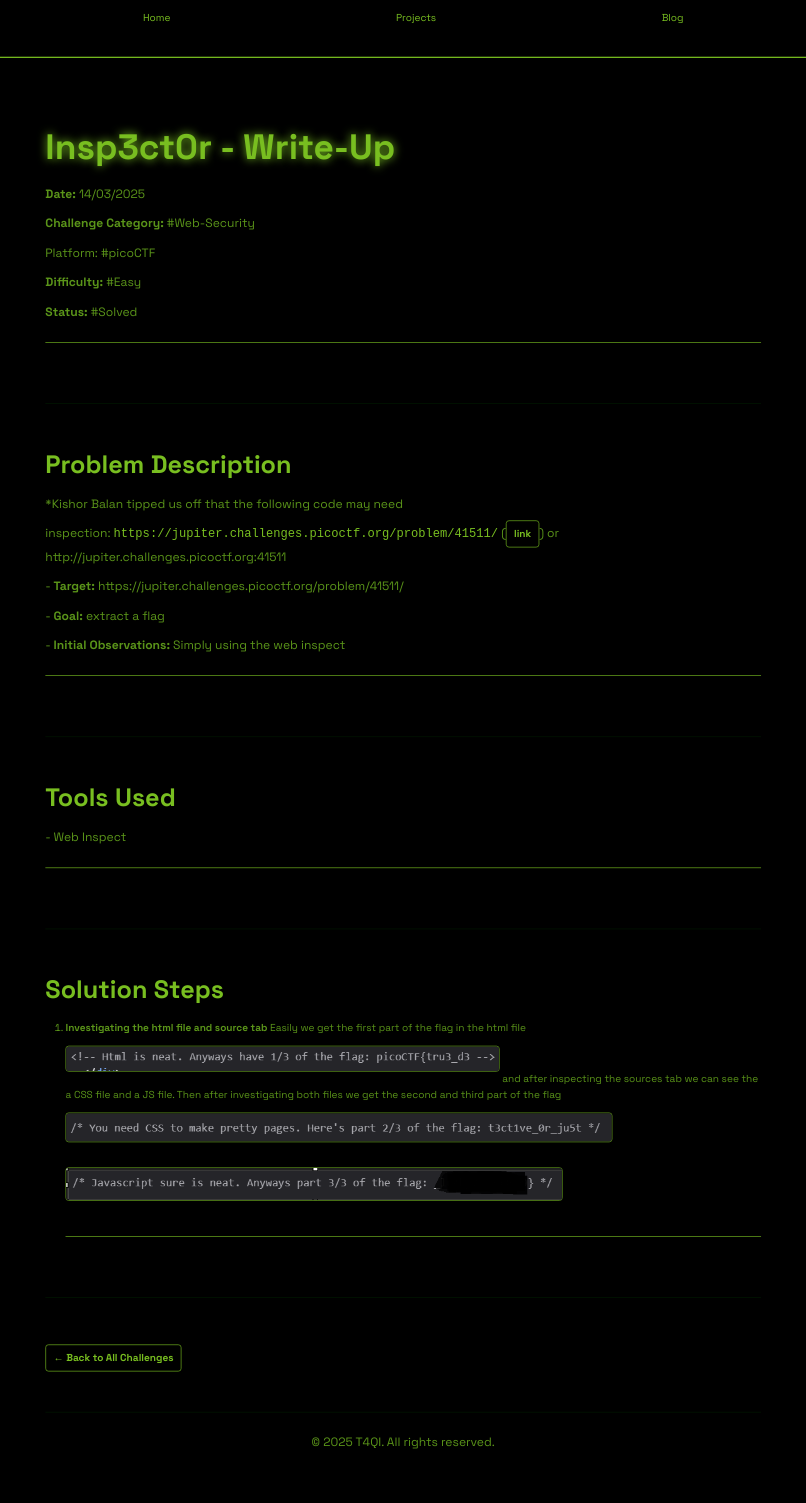
Repository: mohamedsoliman-tq/Website
Page: blogs/picoCTF/Insp3ctor.html
The author's editor kept a copy of each file at every save. The page is drawn from the files as they stood at one save, then again after a run of saves.
The browser window is 1280 px wide. The pictures show the whole page, at 63% of full size.

Above is the page before, as saved 2025-03-14 03:03:03.

### blogs/picoCTF/Insp3ctor.html
<!DOCTYPE html>
<html>
<head>
    <meta charset="UTF-8">
    <meta name="viewport" content="width=device-width, initial-scale=1.0">
    <title>Insp3Ct0R</title>
    <link rel="stylesheet" href="/css/blog.css">
</head>
<body>
    <nav>
        <ul>
            <li><a href="/">Home</a></li>
            <li><a href="/Projects.html">Projects</a></li>
            <li><a href="/Blogs.html">Blog</a></li>
        </ul>
    </nav>
    <div class="container">
<div class="section" id="insp3ct0r---write-up"><h1>Insp3ct0r - Write-Up</h1>

<p><strong>Date:</strong> 14/03/2025  </p>
<p><strong>Challenge Category:</strong> #Web-Security  </p>
<p>Platform: #picoCTF </p>
<p><strong>Difficulty:</strong> #Easy </p>
<p><strong>Status:</strong> #Solved </p>

<hr>
</div><div class="section" id="problem-description"><h2>Problem Description</h2>

<p>*Kishor Balan tipped us off that the following code may need inspection: <code>https://jupiter.challenges.picoctf.org/problem/41511/</code> (<a href="https://jupiter.challenges.picoctf.org/problem/41511/" class="read-more">link</a>) or http://jupiter.challenges.picoctf.org:41511</p>

<p>- <strong>Target:</strong> https://jupiter.challenges.picoctf.org/problem/41511/</p>
<p>- <strong>Goal:</strong> extract a flag</p>
<p>- <strong>Initial Observations:</strong> Simply using the web inspect</p>
<hr>

</div><div class="section" id="tools-used"><h2>Tools Used</h2>

<p>- Web Inspect</p>

<hr>

</div><div class="section" id="solution-steps"><h2>Solution Steps</h2>


<ol>
  <li><strong>Investigating the html file and source tab</strong>   Easily we get the first part of the flag in the html file <br><img src="pics/Pasted image 20250314023325.png" alt="Pasted image 20250314023325.png"> and after inspecting the sources tab we can see the a CSS file and a JS file. Then after investigating both files we get the second and third part of the flag  <img src="pics/Pasted image 20250314023505.png" alt="Pasted image 20250314023505.png"> <img src="pics/Pasted image 20250314023537.png" alt="Pasted image 20250314023537.png"> <hr> </li>
</ol></div>
<div class="section">
            <a href="/blogs/picoCTF/picoCTF.html" class="read-more">← Back to All Challenges</a>
        </div>
        <footer>
        <p>&copy; 2025 T4QI. All rights reserved.</p>
    </footer>
    </div>
</body>
</html>

### css/blog.css
@import url('https://fonts.googleapis.com/css2?family=Space+Grotesk:wght@300;400;700&display=swap');

    :root {
        --primary-black: #000000;
        --green-accent: #78BE20;
        --dark-green: #5a9419;
    }

    * {
        margin: 0;
        padding: 0;
        box-sizing: border-box;
        font-family: 'Space Grotesk', sans-serif;
    }

    body {
        background-color: var(--primary-black);
        color: var(--green-accent);
        line-height: 1.6;
    }

    .container {
        max-width: 1200px;
        margin: 0 auto;
        padding: 2rem;
    }

    .section {
        padding: 4rem 0;
        border-bottom: 1px solid #001a00;
    }

    /* Navigation Styles */
    nav {
        background: rgba(0, 0, 0, 0.95);
        padding: 1rem;
        position: sticky;
        top: 0;
        border-bottom: 2px solid var(--green-accent);
        z-index: 100;
    }

    nav ul {
        display: flex;
        justify-content: space-around;
        list-style: none;
    }

    nav a {
        color: var(--green-accent);
        text-decoration: none;
        padding: 0.5rem 1rem;
        transition: all 0.3s;
    }

    nav a:hover {
        color: var(--dark-green);
        text-shadow: 0 0 10px var(--green-accent);
    }

    /* Hero Section Styles */
    .hero {
        text-align: center;
        padding: 4rem 0;
        background: linear-gradient(45deg, var(--primary-black), #001100);
    }

    h1, h2, h3, h4, h5, h6 {
        color: var(--green-accent);
        margin-bottom: 1rem;
    }

    h1 {
        font-size: 3.5rem;
        text-shadow: 0 0 15px var(--green-accent);
    }

    h2 {
        font-size: 2.5rem;
    }

    p {
        color: var(--dark-green);
        font-size: 1.2rem;
        margin-bottom: 1rem;
    }

    /* Code blocks */
    pre {
        background: #000a00;
        padding: 1.5rem;
        border-radius: 5px;
        border: 1px solid var(--green-accent);
        overflow-x: auto;
        margin: 1.5rem 0;
    }

    code {
        font-family: monospace;
        color: var(--green-accent);
    }

    /* List styling */
    ul, ol {
        margin-left: 2rem;
        margin-bottom: 1.5rem;
        color: var(--dark-green);
    }

    li {
        margin-bottom: 0.5rem;
    }

    /* Links */
    a {
        color: var(--green-accent);
        text-decoration: none;
        transition: all 0.3s;
    }

    a:hover {
        color: var(--dark-green);
        text-shadow: 0 0 10px var(--green-accent);
    }

    .read-more {
        display: inline-block;
        margin-top: 10px;
        padding: 8px 12px;
        font-size: 1rem;
        font-weight: bold;
        color: var(--green-accent);
        text-decoration: none;
        border: 1px solid var(--green-accent);
        border-radius: 5px;
        transition: all 0.3s ease;
    }

    .read-more:hover {
        background-color: var(--green-accent);
        color: var(--primary-black);
        box-shadow: 0 0 10px var(--green-accent);
    }

    /* Images */
    img {
        max-width: 100%;
        border: 1px solid var(--green-accent);
        border-radius: 5px;
        margin: 1rem 0;
    }

    /* Horizontal rule */
    hr {
        border: none;
        height: 1px;
        background-color: var(--green-accent);
        margin: 2rem 0;
    }

    /* Responsive adjustments */
    @media (max-width: 768px) {
        h1 {
            font-size: 2.5rem;
        }

        .container {
            padding: 1rem;
        }

        .section {
            padding: 2rem 0;
        }
    }

    footer {
        text-align: center;
        padding: 2rem;
        color: var(--green-accent);
    }
    .callout {
        padding: 1rem;
        margin: 1rem 0;
        border-radius: 5px;
        border-left: 4px solid #4b6bfb;
        background-color: rgba(75, 107, 251, 0.1);
    }
    .callout-title {
        font-weight: bold;
        margin-bottom: 0.5rem;
    }
    .callout-note { border-left-color: #4b6bfb; background-color: rgba(75, 107, 251, 0.1); }
    .callout-info { border-left-color: #0288d1; background-color: rgba(2, 136, 209, 0.1); }
    .callout-warning { border-left-color: #ffa726; background-color: rgba(255, 167, 38, 0.1); }
    .callout-danger { border-left-color: #ef5350; background-color: rgba(239, 83, 80, 0.1); }
    .callout-success { border-left-color: #66bb6a; background-color: rgba(102, 187, 106, 0.1); }
    .internal-link { color: #7c3aed; text-decoration: none; border-bottom: 1px dotted; }
    .internal-link:hover { text-decoration: underline; }
    mark { background-color: #fff176; padding: 0 2px; }
    .markdown-image { max-width: 100%; height: auto; display: block; margin: 1rem 0; }

After the next 2 saves:
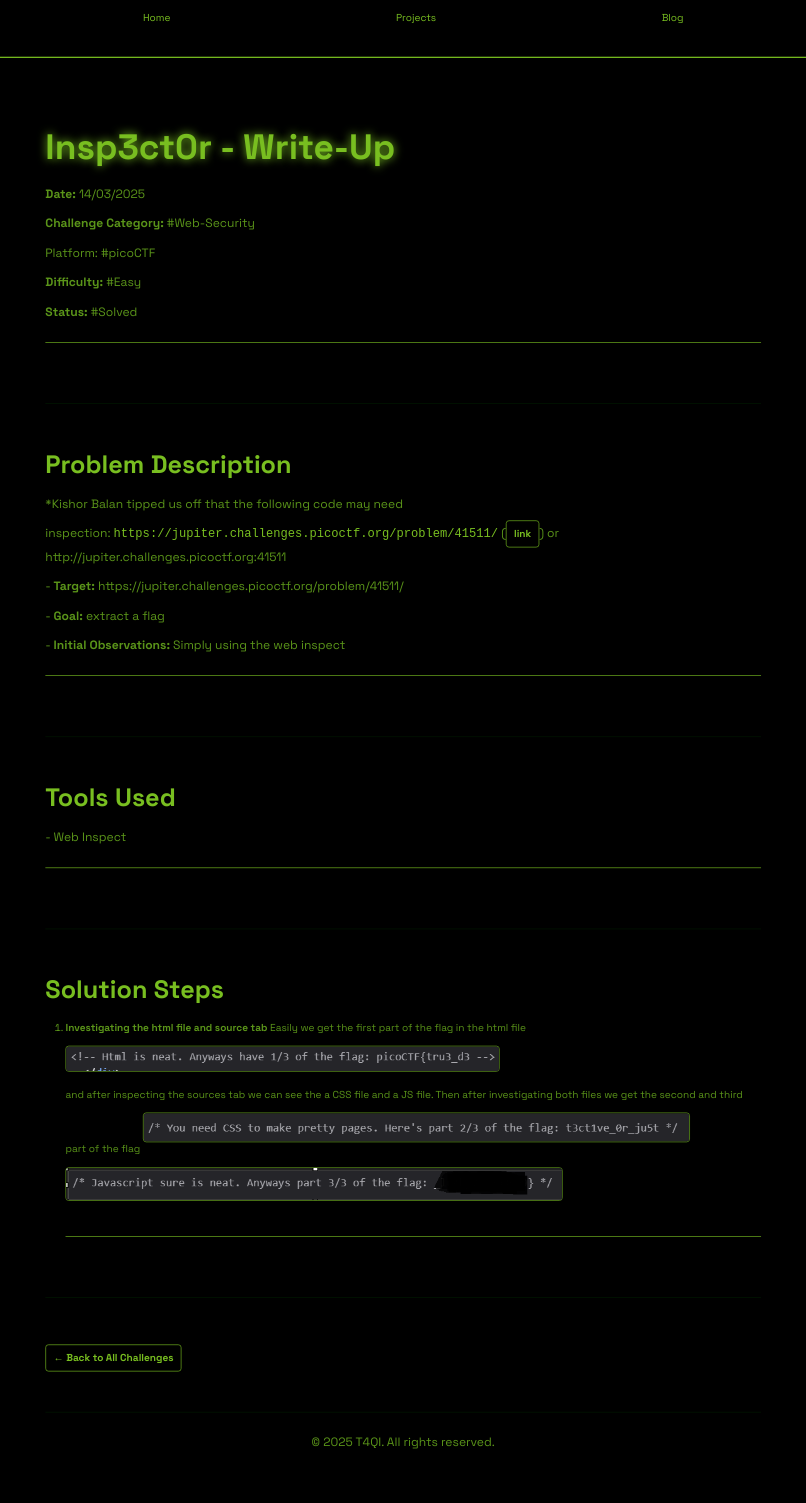
The 2 saves are shown as one change because they came seconds apart.
The last was saved 6 s later.
--- a/blogs/picoCTF/Insp3ctor.html
+++ b/blogs/picoCTF/Insp3ctor.html
@@ -43,7 +43,7 @@
 
 
 <ol>
-  <li><strong>Investigating the html file and source tab</strong>   Easily we get the first part of the flag in the html file <br><img src="pics/Pasted image 20250314023325.png" alt="Pasted image 20250314023325.png"> and after inspecting the sources tab we can see the a CSS file and a JS file. Then after investigating both files we get the second and third part of the flag  <img src="pics/Pasted image 20250314023505.png" alt="Pasted image 20250314023505.png"> <img src="pics/Pasted image 20250314023537.png" alt="Pasted image 20250314023537.png"> <hr> </li>
+  <li><strong>Investigating the html file and source tab</strong>   Easily we get the first part of the flag in the html file <br><img src="pics/Pasted image 20250314023325.png" alt="Pasted image 20250314023325.png"><br> and after inspecting the sources tab we can see the a CSS file and a JS file. Then after investigating both files we get the second and third part of the flag  <img src="pics/Pasted image 20250314023505.png" alt="Pasted image 20250314023505.png"> <img src="pics/Pasted image 20250314023537.png" alt="Pasted image 20250314023537.png"> <hr> </li>
 </ol></div>
 <div class="section">
             <a href="/blogs/picoCTF/picoCTF.html" class="read-more">← Back to All Challenges</a>
